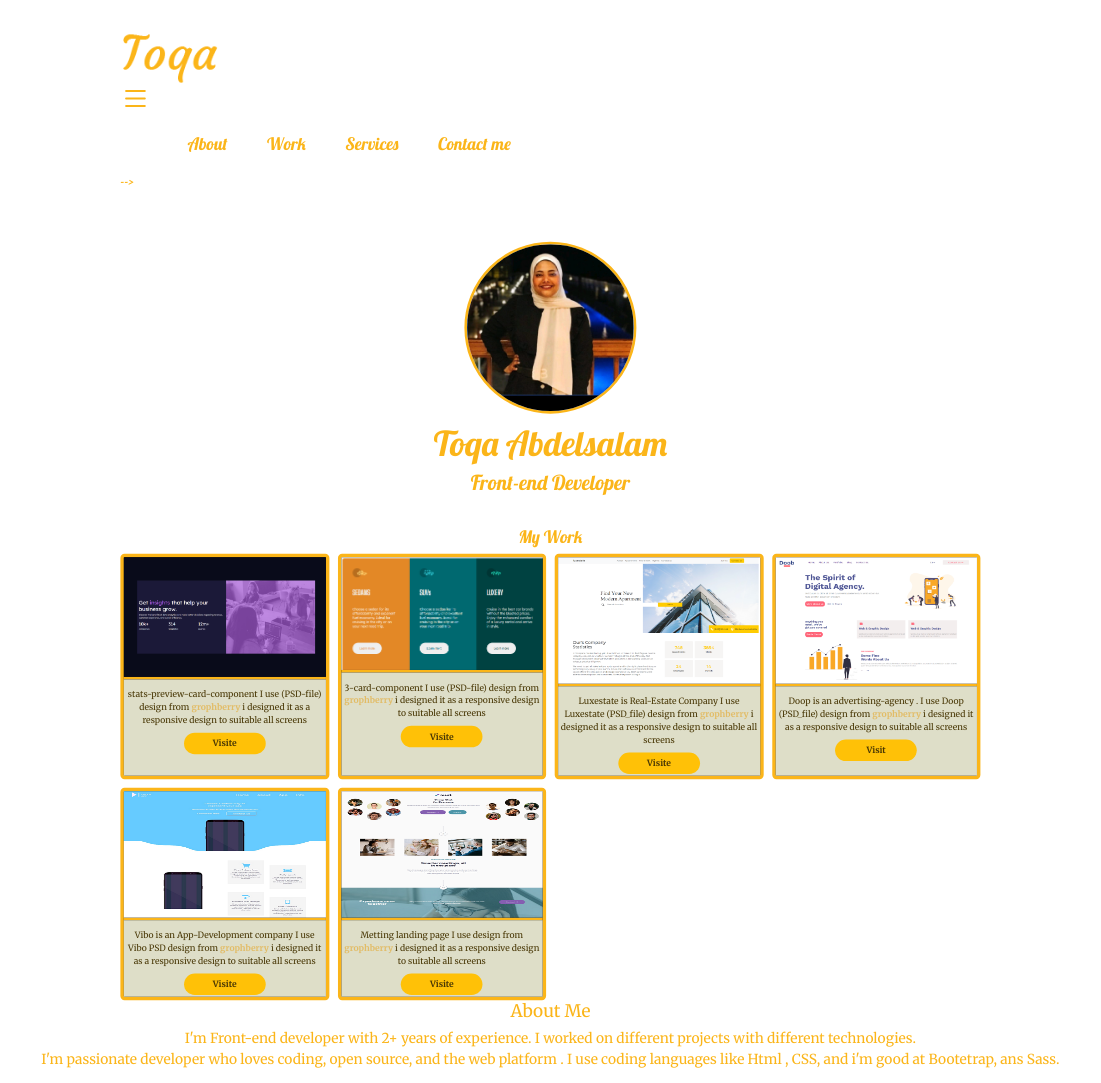
Repository: Toqa-25/portfolio
Page: index.html
These files come from the project's save history. The page is drawn as it stood at one moment and after the next save; the edit follows.
The browser window is 1280 px wide. The pictures show the whole page, at 86% of full size.
Some web fonts or font styles are not loaded; a fallback is used.

Above is the page before, as saved 2021-10-31 16:19:15.

### index.html
<!DOCTYPE html>
<html lang="en">
<head>
    <meta charset="UTF-8">
    <meta http-equiv="X-UA-Compatible" content="IE=edge">
    <meta name="viewport" content="width=device-width, initial-scale=1.0">
    <title>Toqa Portfolio</title>
      <!-- bootstrap file -->
      <link rel="stylesheet" href="css/all.min.css">
      <link rel="stylesheet" href="css/bootstrap.css">
      <!-- css file -->
      <link rel="stylesheet" href="css/style.css">
      <!-- fonts -->
      <link rel="preconnect" href="https://fonts.googleapis.com">
<link rel="preconnect" href="https://fonts.gstatic.com" crossorigin>
<link href="https://fonts.googleapis.com/css2?family=Lobster&family=Otomanopee+One&display=swap" rel="stylesheet">
<link rel="preconnect" href="https://fonts.googleapis.com">
<link rel="preconnect" href="https://fonts.gstatic.com" crossorigin>
<link href="https://fonts.googleapis.com/css2?family=Merriweather:ital,wght@0,300;0,400;0,700;0,900;1,300;1,400;1,700;1,900&display=swap" rel="stylesheet">
<link rel="preconnect" href="https://fonts.googleapis.com">
<link rel="preconnect" href="https://fonts.gstatic.com" crossorigin>
<link href="https://fonts.googleapis.com/css2?family=Bebas+Neue&family=Oswald:wght@200;300;400;500;600;700&display=swap" rel="stylesheet">
</head>
<body>
        <!-- header section -->
    <header class="pad">
       <nav class="container">
         <div class="header-content">
           <div class="header-logo">
             <img src="images/logo.png" alt="logo">
           </div>
           <div class="header-nav">
             <svg xmlns="http://www.w3.org/2000/svg" width="35" height="35" fill="#fbb519" class="bi bi-list" viewBox="0 0 16 16">
               <path fill-rule="evenodd" d="M2.5 12a.5.5 0 0 1 .5-.5h10a.5.5 0 0 1 0 1H3a.5.5 0 0 1-.5-.5zm0-4a.5.5 0 0 1 .5-.5h10a.5.5 0 0 1 0 1H3a.5.5 0 0 1-.5-.5zm0-4a.5.5 0 0 1 .5-.5h10a.5.5 0 0 1 0 1H3a.5.5 0 0 1-.5-.5z"/>
             </svg>
             <ul class="list">
                 <li>About</li>
                 <li>Work</li>
                 <li>Services</li>
                 <li>Contact me</li>
                 <!-- <li>Reviews</li> -->
             </ul>

           </div>

         </div>
       <!-- <div role="bar">
      <ul class="hidden-bar">
        <li>About</li>
        <li>Work</li>
        <li>Services</li>
        <li>Contact me</li>
        <!-- <li>Reviews</li> -->
      </ul>
      </div> -->
    </nav>
    </header><!-- end header section -->

    <!-- information  section -->
    <section  class="inform pad">
      <div class="main-inform " role="main">
        <div class="inform-info">
        <img src="images/toqa.jpg" alt=""><br>
        <h1>Toqa Abdelsalam</h1>
        <h4>Front-end Developer</h4>
      </div>
      </div>
    </section>

      <section class="section container work">
      <h5>My Work</h5>
      <div class="card-groups">
      <div class="project card" role="menu">
        <img src="images/toqa-25.github.io_stats-preview-card-component-main_.png" alt="">
        <p>stats-preview-card-component
      I use  (PSD-file) design from <span> <a href="https://www.frontendmentor.io/">grophberry</a></span>
  i designed it as a responsive design to suitable all screens <br>
  <button><a href="https://toqa-25.github.io/stats-preview-card-component-main/">Visite</a></button>
 </p>
 </div>
      <div class="project card" role="menu">
        <img src="images/toqa-25.github.io_3-cards-component3_.png" alt="">
        <p>3-card-component
      I use (PSD-file) design from <span> <a href="https://www.frontendmentor.io/">grophberry</a></span>
  i designed it as a responsive design to suitable all screens <br>
  <button><a href="https://toqa-25.github.io/3-cards-component/">Visite</a></button>
 </p>
 </div>
      <div class="project card" role="menu">
          <img src="images/destop-luxestate - Copy (1).png" alt="">
          <p>Luxestate is Real-Estate Company
        I use Luxestate (PSD_file) design from <span> <a href="https://www.graphberry.com/">grophberry</a></span>
    i designed it as a responsive design to suitable all screens <br>
    <button><a href="https://toqa-25.github.io/luxstate-project-/">Visite</a></button>
   </p>
   </div>
      <div class="project card" role="menu">
          <img src="images/web_design.png" alt="">
          <p>Doop is an advertising-agency .
        I use Doop (PSD_file) design from <span> <a href="https://www.graphberry.com/">grophberry</a></span>
    i designed it as a responsive design to suitable all screens <br>
    <button><a href="https://toqa-25.github.io/simply-agency/">Visit </a></button>
   </p>
   </div>
      <div class="project card" role="menu">
        <img src="images/Vibo_App(desktop)_toqa-25.github.io2.png" alt="">
          <p>Vibo is an App-Development company
        I use Vibo PSD design from <span> <a href="https://www.graphberry.com/">grophberry</a></span>
    i designed it as a responsive design to suitable all screens <br>
    <button><a href="https://toqa-25.github.io/vibo-app/">Visite</a></button>
   </p>
   </div>
   <div class="project card" role="menu">
    <img src="images/toqa-25.github.io_landing-meeting-page_desktop.png" alt="">
    <p>Metting landing page
  I use  design from <span> <a href="https://www.frontendmentor.io/">grophberry</a></span>
i designed it as a responsive design to suitable all screens <br>
<button><a href="https://toqa-25.github.io/landing-meeting-page/">Visite</a></button>
</p>
</div>
   </div>
      </section>

      <section class="section about">

          <h5>About Me</h5>
      <p> I'm Front-end developer with 2+ years of experience. I worked on different projects with different technologies. <br>
       I'm passionate developer who loves coding, open source, and the web platform .
       I use coding languages like Html , CSS, and i'm good at Bootetrap, ans Sass. </p>
      </section>

</body>
</html>

### css/style.css
/*
    public style
***********************
*/
:root{
    --main-color:#fbb519;
    --section-padding:30px;
}
* , *:after , *:before{
    box-sizing: border-box;
    margin: 0;
    padding: 0;
}
body{
    font-family: 'Merriweather', serif;
    color:var(--main-color);
}
.pad{
    padding: var(--section-padding) 0;
}
.container
{
  width: 80%;
  margin:auto;
}
 .pad h5{
    text-align: center;
    font-family: 'Lobster';
    margin-bottom: 15px;
 }
/*
    header style
***********************
*/
 header{
    font-family: 'Lobster', cursive;
 }
 .header{
    display: flex;
    justify-content: space-between;
    align-items: center;
 }
  nav img{
     margin-top:10px;
 }
 nav .list{
     width: 50%;
    margin-top:20px;
    list-style: none;
    color:var(--main-color);
    display: flex;
    justify-content: space-evenly;
    cursor: pointer;
    font-size: 20px;
 }
 nav .list li{
     font-size: 20px;
     transition: .2s;
     -webkit-transition: .2s;
     -moz-transition: .2s;
     -ms-transition: .2s;
     -o-transition: .2s;
    }
    nav .list li:hover{
        border-bottom: 2px solid var(--main-color);
    }


.bar{
     position: relative;
 }
  .hidden-bar {
     display: block;
     color:var(--main-color);
     position: absolute;
    top: 25px;
    left: 45px;
     background-color: #f5f5dc91;
     list-style: none;
     border-radius: 8px;
     padding: 10px;

 }
/* media quary for header*/
 @media (max-width: 768px){
  nav .list {
      display: none;
  }
  /* div{
      display: block;
      padding: 15px;
  } */
  .main-inform  h2{
    font-size: 20px;
    line-height: 2rem;
  }
  .main-inform img{
    width: 100px;
    height: 100px;
 }
}
 @media (min-width: 768px){
     /* nav div{
         display: none;

     } */
 }


 /* .hidden-bar{
    display: none;

} */
.hidden-bar li:hover{
 padding: 5px;
 font-size: 25px;
}
/*
    my image style
***********************
*/

 .main-inform{
    color: var(--main-color);
    text-align: center;
    /* background-image: url(../images/mohammad-rahmani-8qEB0fTe9Vw-unsplash.jpg); */
    height: 300px;
    display: flex;
    align-items: center;
    justify-content: center;
    /* font-family: 'Bebas Neue', cursive; */
     /* font-family: 'Oswald', sans-serif; */
     font-family: 'Lobster', cursive;


 }
 .main-inform img{
     width: 200px;
     height: 200px;
     border:3px solid;
     border-radius: 50%;
     -webkit-border-radius: 50%;
     -moz-border-radius: 50%;
     -ms-border-radius: 50%;
     -o-border-radius: 50%;
     margin-bottom: 10px;
}
 h2{
    color: #dad3d3;
    text-transform: uppercase;
    line-height: 3rem;
 }
 span{
     color:var(--main-color)
 }
 .card-groups{
     display: grid;
    grid-template-columns:repeat(4,1fr);
    gap:10px;
 }
 .work h5{
    text-align: center;
    font-family: 'Lobster';
 }
.card {
    width: 100%;
    height: 100%;
    position: relative;
    display: flex;
    flex-direction: column;
    min-width: 0;
    word-wrap: break-word;
    background-color: black;
    background-clip: border-box;
    border: 4px solid var(--main-color);
    border-radius: 0.3rem;
}

.card img{
    max-width:100%;
    max-height: 150px;
    border-bottom: 3px solid;
}
.card img:hover{
   transform: scale(1.1);
   -webkit-transform: scale(1.1);
   -moz-transform: scale(1.1);
   -ms-transform: scale(1.1);
   -o-transform: scale(1.1);
}
.card p{
    margin-bottom: 1rem;
    background-color: black;
    font-size: 10px;
    padding: 2px;
    margin: 0px;
    margin-top: 0px;
    width: 100%;
    height: 100%;
    text-align: center;
    color:#483705;
    background-color: #f5f5dce8;
    padding-top: 10px;

}
.card p a{
    text-decoration: none;
    color: #e2bc66;
    font-weight: bolder;
}
.card p:hover{

}

.card button{
    width: 95px;
    text-align: center;
    background-color: #ffc107;
    border: none;
    border-radius: 15px;
    padding: 5px;
    margin-top: 7px;
}
.card button:hover{
    width:120px;
    padding: 10px;
}
.card button a{
    text-decoration: none;
    color: #483705;
}

.about{
    text-align: center;

}

/*
           media quary style
    ***************************************
        //extra small devices @media (maxwidth:575px)
        //small devices @media (maxwidth:767px)
        //medium devices @media (maxwidth:991px)
        //large devices @media (maxwidth:1199px)
*/

Loaded but not shown: css/all.min.css (library); css/bootstrap.css (library)

After the next save:
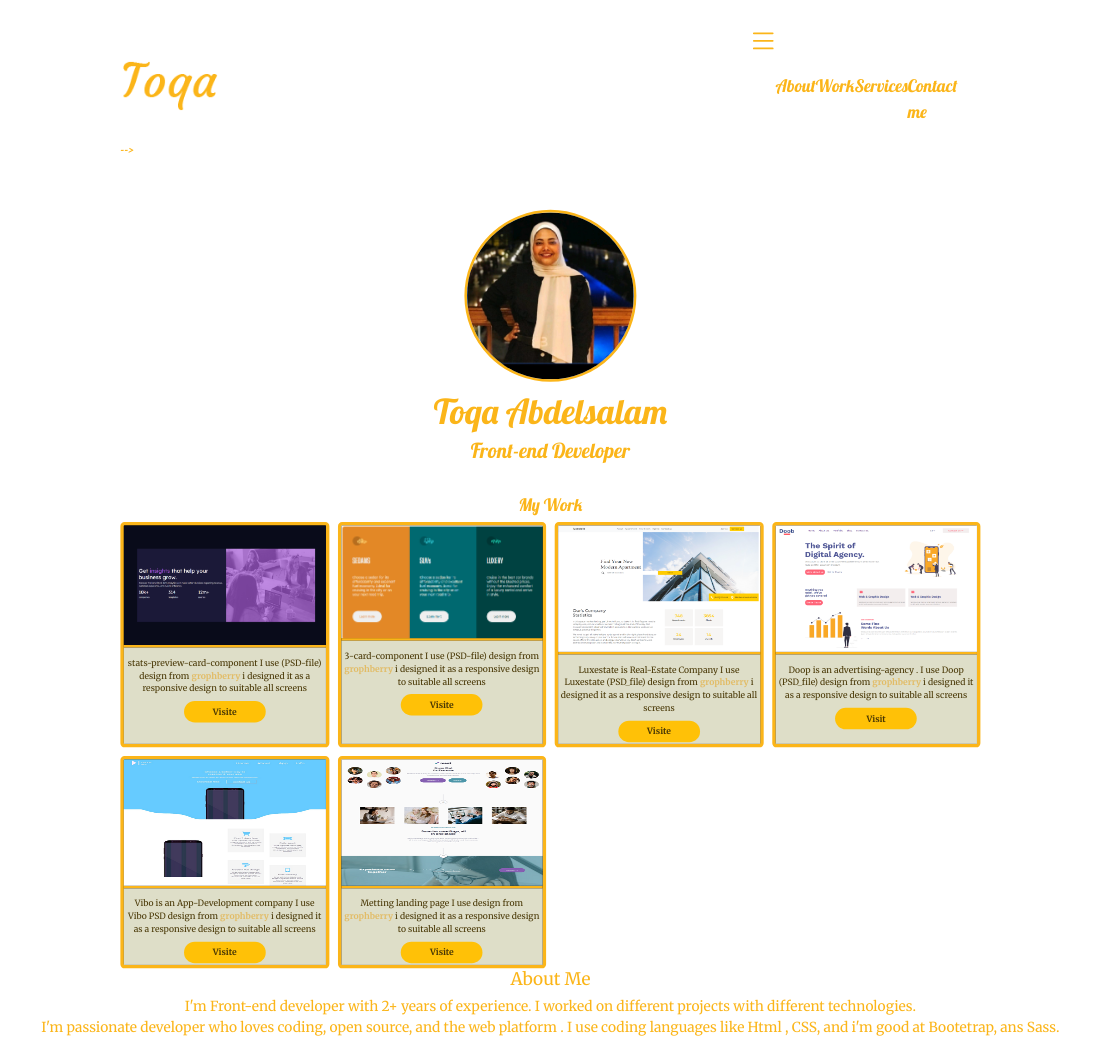
Saved 4 s later.
--- a/css/style.css
+++ b/css/style.css
@@ -35,7 +35,7 @@ body{
  header{
     font-family: 'Lobster', cursive;
  }
- .header{
+ .header-content{
     display: flex;
     justify-content: space-between;
     align-items: center;
